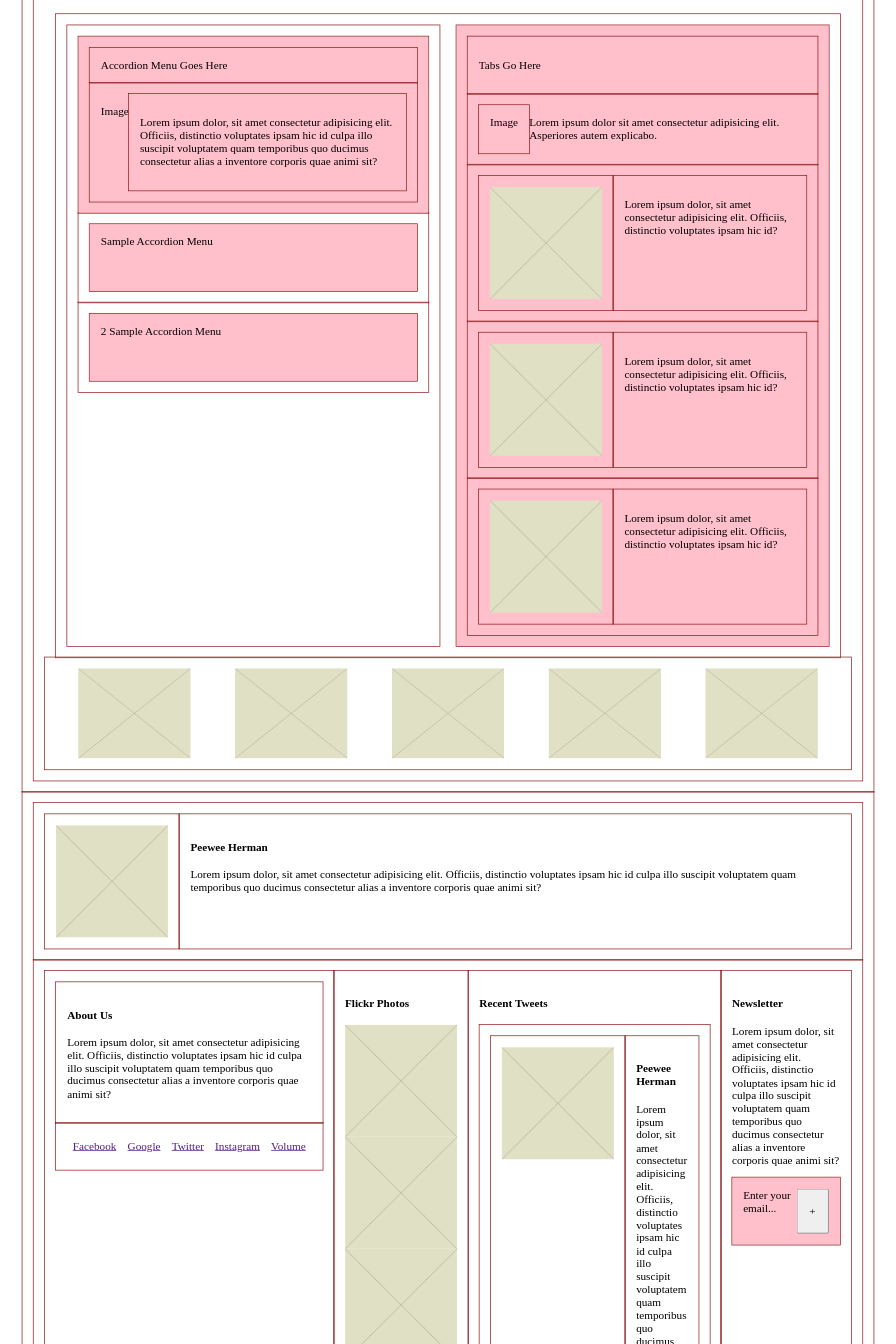
Repository: kionale/Project1_Lab3_ResponsiveLayout
Page: index.html
These files come from the project's save history. The page is drawn as it stood at one moment and after the next save; the edit follows.
The browser window is 1280 px wide. The pictures show the part of the page from y = 3883 to 5803 px (the page is 6665 px tall before and 6542 px after), at 70% of full size.

Above is the page before, as saved 2023-01-31 17:11:46.

### index.html
<!doctype html>
<html class="no-js" lang="">

<head>
  <meta charset="utf-8">
  <title></title>
  <meta name="description" content="">
  <meta name="viewport" content="width=device-width, initial-scale=1">

  <meta property="og:title" content="">
  <meta property="og:type" content="">
  <meta property="og:url" content="">
  <meta property="og:image" content="">

  <link rel="manifest" href="site.webmanifest">
  <link rel="apple-touch-icon" href="icon.png">
  <!-- Place favicon.ico in the root directory -->

  <link rel="stylesheet" href="css/normalize.css">
  <link rel="stylesheet" href="css/main.css">

  <meta name="theme-color" content="#fafafa">
</head>


<body class="page page-home">
  <header class="header page__header">
    <div class="row">
      <h1>Metrolics</h1>
      <a href=""><img src="img/placeholder.png"></a>
      <nav class="navbar-links">
        <ul>
          <a href="#">
            <li>Home</li>
          </a>
          <a href="">
            <li>Home</li>
          </a>
          <a href="">
            <li>Pages</li>
          </a>
          <a href="">
            <li>Blog</li>
          </a>
          <a href="">
            <li>Portfolio</li>
          </a>
          <a href="">
            <li>Home</li>
          </a>
        </ul>
      </nav>
    </div>

  </header>

  <div class="page__slider">
    <div class="row slides">
      <img src="img/placeholder.png" alt="">
    </div>
  </div>
  </div>

  <div class="page__intro">
    <h1 class="header page__heading">
      Hey guys! This is the <span>Metrolics</span> theme.<br>
      It sports a responsive layout with a mobile layout.
    </h1>
    <div class="subheading page_subheading">
      <h3>
        Things That We do
      </h3>
      <h5>Ask us what we can do for you</h5>

    </div>
    <div class="feature__service">
      <div class="row m-col-2 l-col-4">
        <div class="col">
          <img class="feature__servic__images" src="img/placeholder.png" alt="">
          <h4 class="heading feature__servic__title">Web Solution</h4>
          <p class="feature__servic__content">
            bbbhhha
          </p>
        </div>
        <div class="col">
          <img class="feature__servic__images" src="img/placeholder.png" alt="">
          <h4 class="heading feature__servic__title"></h4>
          <p class="feature__servic__content">
            bbbhhha
          </p>
        </div>
        <div class="col">
          <img class="feature__servic__images" src="img/placeholder.png" alt="">
          <h4 class="heading feature__servic__title"></h4>
          <p class="feature__servic__content">
            bbbhhha
          </p>
        </div>
        <div class="col">
          <img class="feature__servic__images" src="img/placeholder.png" alt="">
          <h4 class="heading feature__servic__title"></h4>
          <p class="feature__servic__content">
            bbbhhha
          </p>
        </div>


      </div>
    </div>
  </div>

  <!-- Main content starts here -->
  <main class="page__main">
    <section class="recent__work">
      <header class="header post__header">What's up lately?</header>
      <h4 class="subheading">Read up on our latest work</h4>
      <div class="row m-col-2 l-col-3">
        <div class="col">
          <div>
            <img src="img/placeholder.png" alt="">
            <header class="header recent__work__title">Sample image post</header><br>
            <p>Photography</p>
          </div>
        </div>
        <div class="col">
          <div>
            <img src="img/placeholder.png" alt="">
            <header class="header recent__work__title">Sample image post</header><br>
            <p>Photography</p>
          </div>
        </div>
        <div class="col">
          <div>
            <img src="" alt="">
            <header class="header recent__work__title">Sample image post</header><br>
            <p>Photography</p>
          </div>
        </div>
        <div class="col">
          <div>
            <img src="img/placeholder.png" alt="">
            <header class="header recent__work__title">Sample image post</header><br>
            <p>Photography</p>
          </div>
        </div>
      </div>
    </section>
    <!-- Our Latest Projests -->
    <section class="latest__projects">
      <header class="header latest__projects__header">Our Latest Projects</header>
      <h4 class="subheading">Client happy? We are happy</h4>
      <div class="row m-col-2 l-col-3">
        <div class="col">
          <div>
            <img src="img/placeholder.png" alt="">
            <header class="header latest__project__image">1 Sample image post</header><br>
            <p>1 Photography</p>
          </div>
        </div>
        <div class="col">
          <div>
            <img src="img/placeholder.png" alt="">
            <header class="header latest__project__image">2 Sample image post</header><br>
            <p>2 Photography</p>
          </div>
        </div>
        <div class="col">
          <div>
            <img src="img/placeholder.png" alt="">
            <header class="header latest__project__image">3 Sample image post</header><br>
            <p>3 Photography</p>
          </div>
        </div>
        <div class="col">
          <div>
            <img src="img/placeholder.png" alt="">
            <header class="header latest__project__image">4 Sample image post</header><br>
            <p>4 Photography</p>
          </div>
        </div>
        <div class="col">
          <div>
            <img src="img/placeholder.png" alt="">
            <header class="header latest__project__image">5 Sample image post</header><br>
            <p>5 Photography</p>
          </div>
        </div>
        <div class="col">
          <div>
            <img src="img/placeholder.png" alt="">
            <header class="header latest__project__image">6 Sample image post</header><br>
            <p>6 Photography</p>
          </div>
        </div>
      </div>
    </section>
    <!--Things of Above-->
    <section class="things__of__above">
      <header class="header things__header">Things of above</header>
      <h4 class="subheading">Misc stuff we could not put anywhere else</h4>
      <div class="row m-col-2 l-col-3">
        <div>
          <div class="col">
            <div class="sample__menu things_above_image">Accordion Menu Goes Here
            </div>
            <div class="web__solution">
              <p>Image</p>
              <div>
                <p>Lorem ipsum dolor, sit amet consectetur adipisicing elit. Officiis, distinctio voluptates ipsam hic
                  id
                  culpa illo suscipit voluptatem quam temporibus quo ducimus consectetur alias a inventore corporis quae
                  animi sit?</p>
              </div>
            </div>
          </div>
          <div class="menu__button">
            <div class="col_two sample__menu things__above__image">Sample Accordion Menu
            </div>
          </div>
          <div class="menu__button">
            <div class="col_two sample__menu things__above__image">2 Sample Accordion Menu
            </div>
          </div>
        </div>
        <div class="col">
          <div class="tab__buttons">
            <p>Tabs Go Here</p>
          </div>
          <div class="tab__information">
            <div>
              Image
            </div>
            <p>Lorem ipsum dolor sit amet consectetur adipisicing elit. Asperiores autem explicabo.</p>
          </div>
          <div class="tab__information">
            <div>
              <img src="img/placeholder.png" alt="">
            </div>
            <div>
              <p>Lorem ipsum dolor, sit amet consectetur adipisicing elit. Officiis, distinctio voluptates ipsam hic
                id?</p>
            </div>
          </div>
          <div class="tab__information">
            <div>
              <img src="img/placeholder.png" alt="">
            </div>
            <div>
              <p>Lorem ipsum dolor, sit amet consectetur adipisicing elit. Officiis, distinctio voluptates ipsam hic
                id?</p>
            </div>
          </div>
          <div class="tab__information">
            <div>
              <img src="img/placeholder.png" alt="">
            </div>
            <div>
              <p>Lorem ipsum dolor, sit amet consectetur adipisicing elit. Officiis, distinctio voluptates ipsam hic
                id?</p>
            </div>
          </div>
        </div>
      </div>
      <!--Sponsors-->
      <div class="sponsors">
        <img src="img/placeholder.png" alt="" class="sponsors__icon">
        <img src="img/placeholder.png" alt="" class="sponsors__icon">
        <img src="img/placeholder.png" alt="" class="sponsors__icon">
        <img src="img/placeholder.png" alt="" class="sponsors__icon">
        <img src="img/placeholder.png" alt="" class="sponsors__icon">

    </section>
  </main>
  <!--Footer-->
  <footer>
    <div class="web__author">
      <div>
        <img src="img/placeholder.png" alt="">
      </div>
      <div>
        <h4>Peewee Herman</h4>
        <p>Lorem ipsum dolor, sit amet consectetur adipisicing elit. Officiis, distinctio voluptates ipsam hic
          id
          culpa illo suscipit voluptatem quam temporibus quo ducimus consectetur alias a inventore corporis quae
          animi sit?</p>
      </div>
    </div>
    <div class="footer__extras">
      <div>
        <div>
          <h4>About Us</h4>
          <p>Lorem ipsum dolor, sit amet consectetur adipisicing elit. Officiis, distinctio voluptates ipsam hic
            id
            culpa illo suscipit voluptatem quam temporibus quo ducimus consectetur alias a inventore corporis quae
            animi sit?</p>
        </div>
        <div class="social__link">
          <a href="" class="social__icon">
            <li>Facebook</li>
          </a>
          <a href="" class="social__icon">
            <li>Google</li>
          </a>
          <a href="" class="social__icon">
            <li>Twitter</li>
          </a>
          <a href="" class="social__icon">
            <li>Instagram</li>
          </a>
          <a href="" class="social__icon">
            <li>Volume</li>
          </a>
        </div>
      </div>

      <div>
        <h4>Flickr Photos</h4>
        <img src="img/placeholder.png" alt="">
        <img src="img/placeholder.png" alt="">
        <img src="img/placeholder.png" alt="">
        <img src="img/placeholder.png" alt="">
        <img src="img/placeholder.png" alt="">
        <img src="img/placeholder.png" alt="">
      </div>
      <div>
        <h4>Recent Tweets</h4>
        <div class="recent__tweets">
          <div>
            <img src="img/placeholder.png" alt="">
          </div>
          <div>
            <h4>Peewee Herman</h4>
            <p>Lorem ipsum dolor, sit amet consectetur adipisicing elit. Officiis, distinctio voluptates ipsam hic
              id
              culpa illo suscipit voluptatem quam temporibus quo ducimus consectetur alias a inventore corporis quae
              animi sit?</p>
          </div>
        </div>
        <div class="recent__tweets">
          <div>
            <img src="img/placeholder.png" alt="">
          </div>
          <div>
            <h4>Peewee Herman</h4>
            <p>Lorem ipsum dolor, sit amet consectetur adipisicing elit. Officiis, distinctio voluptates ipsam hic
              id
              culpa illo suscipit voluptatem quam temporibus quo ducimus consectetur alias a inventore corporis quae
              animi sit?</p>
          </div>
        </div>
      </div>
      <div>
        <h4>Newsletter</h4>
        <p>Lorem ipsum dolor, sit amet consectetur adipisicing elit. Officiis, distinctio voluptates ipsam hic
          id
          culpa illo suscipit voluptatem quam temporibus quo ducimus consectetur alias a inventore corporis quae
          animi sit?</p>
        <div class="col_two sample__menu things__above__image">Enter your email...
          <button>+</button>
        </div>
      </div>
    </div>
  </footer>


  <script src="js/vendor/modernizr-3.11.2.min.js"></script>
  <script src="js/plugins.js"></script>
  <script src="js/main.js"></script>

  <!-- Google Analytics: change UA-XXXXX-Y to be your site's ID. -->
  <script>
    window.ga = function () { ga.q.push(arguments) }; ga.q = []; ga.l = +new Date;
    ga('create', 'UA-XXXXX-Y', 'auto'); ga('set', 'anonymizeIp', true); ga('set', 'transport', 'beacon'); ga('send', 'pageview')
  </script>
  <script src="https://www.google-analytics.com/analytics.js" async></script>
</body>

</html>

### css/main.css
::-moz-selection {
  background: #b3d4fc;
  text-shadow: none;
}

::selection {
  background: #b3d4fc;
  text-shadow: none;
}

/*
 * A better looking default horizontal rule
 */

hr {
  display: block;
  height: 1px;
  border: 0;
  border-top: 1px solid #ccc;
  margin: 1em 0;
  padding: 0;
}

audio,
canvas,
iframe,
img,
svg,
video {
  vertical-align: middle;
}

/*
 * Remove default fieldset styles.
 */

fieldset {
  border: 0;
  margin: 0;
  padding: 0;
}

/*
 * Allow only vertical resizing of textareas.
 */

textarea {
  resize: vertical;
}

*,
*::before,
*::after {
  box-sizing: border-box;
}

div,
main,
section,
header,
footer {
  outline: 1px solid rgb(142, 24, 24);
  min-height: 1rem;
  padding: 1rem;
}

.page {
  margin: 0 auto;
  padding: 2rem;
}

.header {
  text-transform: capitalize;
  text-align: center;
}

.subheading {
  text-align: center;
}

ul,
li {
  padding: 0;
  margin: 0;
  list-style: none;
}

.row {
  display: grid;
  row-gap: 1rem;
}

.row_two {
  display: grid;
  row-gap: 1rem;
}

.col {
  position: relative;
  background-color: pink;
}

.col_two {
  background-color: pink;
  height: 6rem;
}

button {
  height: 4rem;
  width: 4rem;
}

/* medium screens and up  */
@media screen and (min-width: 40em) {
  .row {
    max-width: 70rem;
    column-gap: 1.5rem;
    row-gap: 1.5rem;
    margin: 0 auto;
  }



  .m-col-2 {
    grid-template-columns: 1fr 1fr;
  }

  .l-col-3 {
    grid-template-columns: (3, 1fr);
  }

}


.examples {
  display: flex;
  justify-content: space-around;
}

.sample__menu {
  display: flex;
  justify-content: space-between;
}

.web__solution {
  display: flex;
}

.web__author {
  display: flex;
}

.recent__tweets {
  display: flex;
}


.tab__information {
  display: flex;
}

.sponsors {
  display: flex;
  justify-content: space-around;
  height: 10rem;
}

.sponsors__icon {
  background-color: lightgray;
}

.social__link {
  display: flex;
}

.social__icon {
  margin: 0.5rem;
}

.footer__extras {
  display: flex;
  flex-direction: row;
}

img{
  width: 10rem;
}

### js/plugins.js
// Avoid `console` errors in browsers that lack a console.
(function() {
  var method;
  var noop = function () {};
  var methods = [
    'assert', 'clear', 'count', 'debug', 'dir', 'dirxml', 'error',
    'exception', 'group', 'groupCollapsed', 'groupEnd', 'info', 'log',
    'markTimeline', 'profile', 'profileEnd', 'table', 'time', 'timeEnd',
    'timeline', 'timelineEnd', 'timeStamp', 'trace', 'warn'
  ];
  var length = methods.length;
  var console = (window.console = window.console || {});

  while (length--) {
    method = methods[length];

    // Only stub undefined methods.
    if (!console[method]) {
      console[method] = noop;
    }
  }
}());

// Place any jQuery/helper plugins in here.

Loaded but not shown: css/normalize.css (library); js/vendor/modernizr-3.11.2.min.js (library); js/main.js (no stored copy; drawn as an empty file)

After the next save:
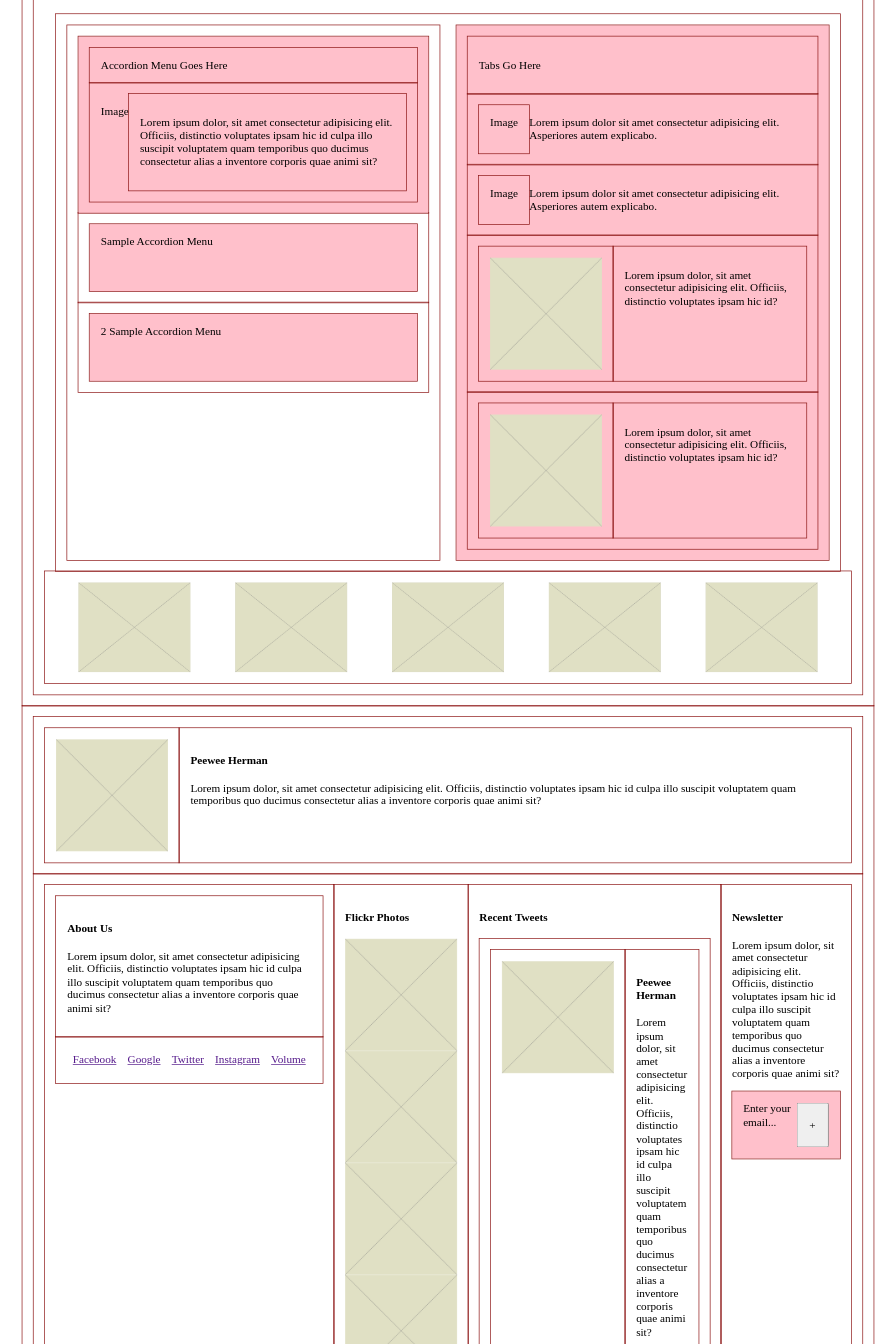
Saved 19 s later.
--- a/index.html
+++ b/index.html
@@ -234,12 +234,9 @@
           </div>
           <div class="tab__information">
             <div>
-              <img src="img/placeholder.png" alt="">
-            </div>
-            <div>
-              <p>Lorem ipsum dolor, sit amet consectetur adipisicing elit. Officiis, distinctio voluptates ipsam hic
-                id?</p>
-            </div>
+              Image
+            </div>
+            <p>Lorem ipsum dolor sit amet consectetur adipisicing elit. Asperiores autem explicabo.</p>
           </div>
           <div class="tab__information">
             <div>
